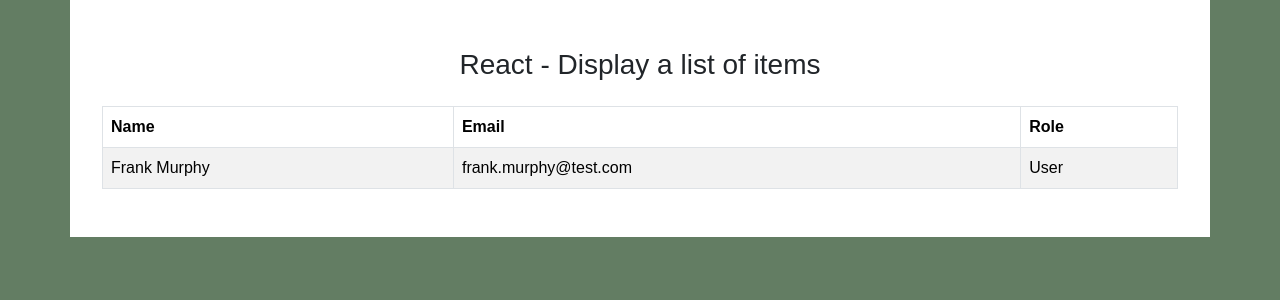
Repository: ryangen97/TT4_Group12
Page: / (app in dbsseed/)
The author's editor kept a copy of each file at every save. The page is drawn from the files as they stood at one save, then again after the next save.
The browser window is 1280 px wide. The pictures show the whole page.
The project was rebuilt for these pictures with package versions that can differ from the ones it lists, and the page was loaded fresh each time. Also part of the build but not shown: dbsseed/src/Login.js.

Above is the page before, as saved 2021-05-07 12:37:59.

After the next save:
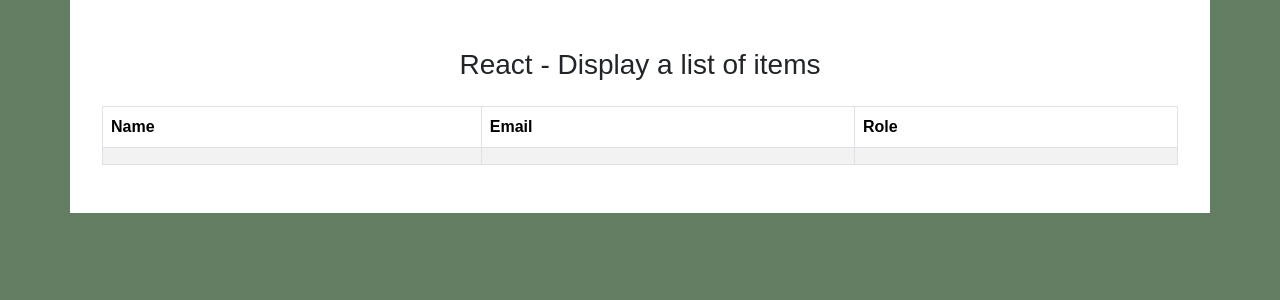
Saved 4 min 55 s later.
--- a/dbsseed/src/transactionhistory.js
+++ b/dbsseed/src/transactionhistory.js
@@ -2,7 +2,7 @@ import React, { useState } from 'react';
 
 function TransactionHistory() {
     const [users, setUsers] = useState([
-        { id: 1, firstName: 'Frank', lastName: 'Murphy', email: 'frank.murphy@test.com', role: 'User' },
+        { custID : 1, payeeID : 'Frank', date : 'Murphy', amount : 'frank.murphy@test.com', eGift : 'User', message: "" },
     ]);
 
     return (
